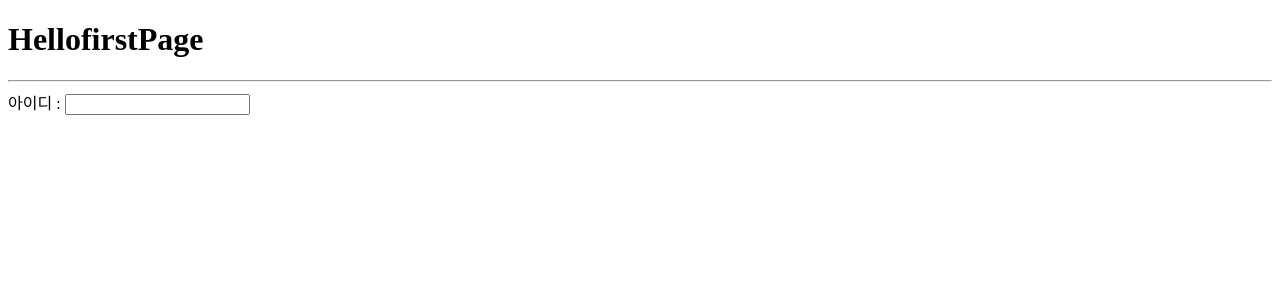
Repository: papepopopy/javascript
Page: jspStudy/jspStudy/webjsp/src/main/webapp/HellofirstPage.html
An editor plug-in stored every save of this project. The page is shown before and after the next save, followed by the edit.
The browser window is 1280 px wide. The pictures show the whole page.

Above is the page before, as saved 2024-06-26 01:54:33.

After the next save:
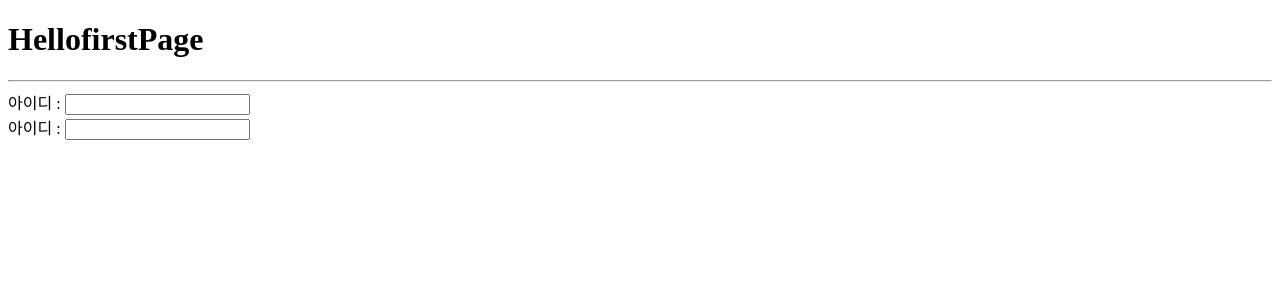
Saved 5 s later.
--- a/jspStudy/jspStudy/webjsp/src/main/webapp/HellofirstPage.html
+++ b/jspStudy/jspStudy/webjsp/src/main/webapp/HellofirstPage.html
@@ -13,6 +13,10 @@
 	    	<label>아이디 : </label>
 	    	<input type="text" name="user_id" class="">
     	</div>
+    	<div>
+	    	<label>아이디 : </label>
+	    	<input type="text" name="user_id" class="">
+    	</div>
     </form>
 </body>
 </html>
